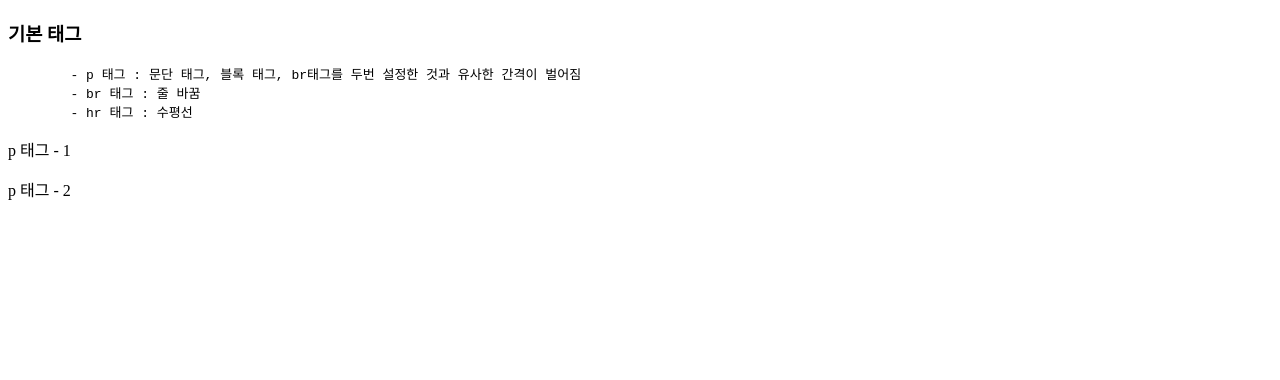
Repository: JiYoon0712/HTML_CSS_javascript
Page: work/study/src/main/webapp/htmlEx/ch02/ex03.html
An editor plug-in stored every save of this project. The page is shown before and after the next save, followed by the edit.
The browser window is 1280 px wide. The pictures show the whole page.

Above is the page before, as saved 2023-04-03 02:06:44.

After the next save:
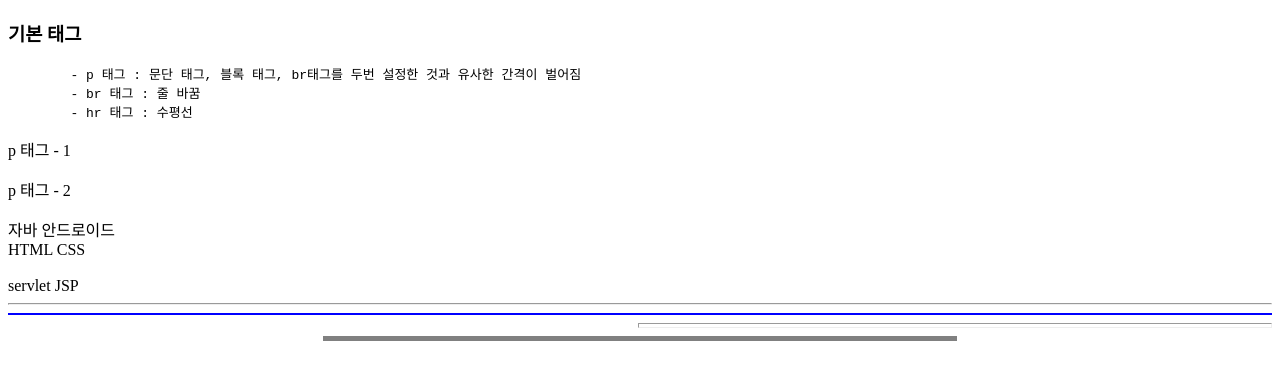
Saved 103 s later.
--- a/work/study/src/main/webapp/htmlEx/ch02/ex03.html
+++ b/work/study/src/main/webapp/htmlEx/ch02/ex03.html
@@ -16,6 +16,18 @@
 
 <p> p 태그 - 1</p>
 <p> p 태그 - 2</p>
+자바
+안드로이드<br>
+HTML
+CSS<br><br>
+servlet
+JSP
+
+<hr>
+<hr color = "blue">
+<hr size = "5" width="50%" align="right">
+<hr noshade = "noshade" size = "5" width="50%">
+
 
 
 </body>
